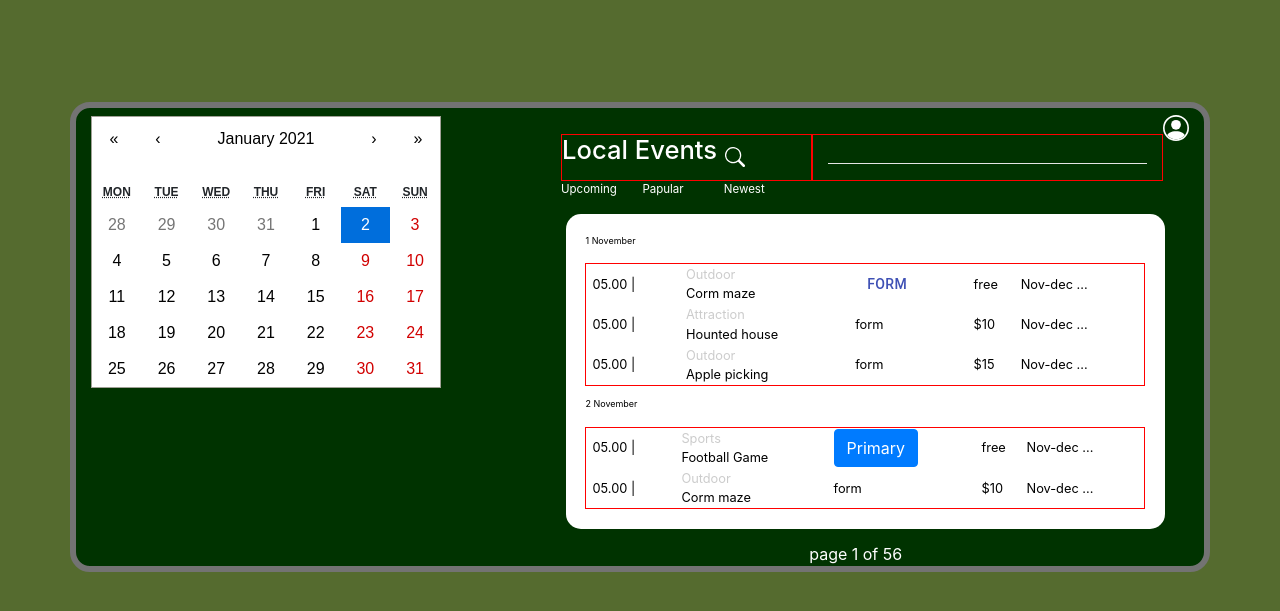
Repository: lalji-yadav/Calendar-code
Page: /
The author's editor kept a copy of each file at every save. The page is drawn from the files as they stood at one save, then again after the next save.
The browser window is 1280 px wide. The pictures show the whole page.
The project was rebuilt for these pictures with package versions that can differ from the ones it lists, and the page was loaded fresh each time. Also part of the build but not shown: src/App.css.

Above is the page before, as saved 2021-01-04 13:41:23.

### src/App.js
import logo from './logo.svg';
import './App.css';
import MyApp from './calendar/calendar'
import Home from "./calendar/Home";

function App() {
  return (
    <div>
      <header>

        <Home />

      </header>
    </div>
  );
}

export default App;

### src/calendar/calendar.js
import React, { useState } from 'react';
import 'react-calendar/dist/Calendar.css';
import Calendar from 'react-calendar';

function MyApp() {
  const [value, onChange] = useState(new Date());

  return (
    <div>
      <Calendar
        onChange={onChange}
        value={value}
      />
    </div>
  );
}

export default MyApp;

### src/calendar/Home.js
import React from 'react';
import "./Home.css";
import MyApp from "./calendar";
import Button from '@material-ui/core/Button';

function Home() {

  return (
    <div className="main">
      <div className='container'>
        <div className="row">
          <div className="col-sm-5 calendar">
             <MyApp />
          </div>
          <div className="col-sm-7">

            <div style={{float:"right", paddingTop:"1%"}}>
            <svg xmlns="http://www.w3.org/2000/svg" width="26" height="26" fill="white" class="bi bi-person-circle" viewBox="0 0 16 16">
            <path d="M13.468 12.37C12.758 11.226 11.195 10 8 10s-4.757 1.225-5.468 2.37A6.987 6.987 0 0 0 8 15a6.987 6.987 0 0 0 5.468-2.63z"/>
             <path fill-rule="evenodd" d="M8 9a3 3 0 1 0 0-6 3 3 0 0 0 0 6z"/>
             <path fill-rule="evenodd" d="M8 1a7 7 0 1 0 0 14A7 7 0 0 0 8 1zM0 8a8 8 0 1 1 16 0A8 8 0 0 1 0 8z"/>
            </svg>
            </div>

            <div className="row" style={{paddingTop:"4%"}}>
               <div className="col-sm-5" style={{border:"1px solid red"}}>
                 <div className="row">
                 <h1 style={{color:"white", fontSize:"2vw"}}>Local Events </h1>
               <svg  style={{margin:"5% 0% 0% 3%"}} xmlns="http://www.w3.org/2000/svg" width="20" height="20" fill="white" class="bi bi-search" viewBox="0 0 16 16">
               <path d="M11.742 10.344a6.5 6.5 0 1 0-1.397 1.398h-.001c.03.04.062.078.098.115l3.85 3.85a1 1 0 0 0 1.415-1.414l-3.85-3.85a1.007 1.007 0 0 0-.115-.1zM12 6.5a5.5 5.5 0 1 1-11 0 5.5 5.5 0 0 1 11 0z"/>
               </svg>
                 </div>
               </div>
               <div className="col-sm-7" style={{border:"1px solid red", paddingTop:"3%"}}>
               <hr style={{marginTop:"10px"}} />

               </div>

            </div>

            <div className="row">
          <div className="col-sm-5 row" style={{color:"white", fontSize:"0.9vw"}}>
            <div className="col-sm-4">
             <p>Upcoming</p>
            </div>
            <div className="col-sm-4">
              <p>Papular</p>
            </div>
            <div className="col-sm-4">
              <p>Newest</p>
            </div>

             {/* Carosal design  */}
          </div>

          <div className="tablebox">

            <p style={{fontSize:"0.7vw"}}> 1 November </p>
                <table  style={{width:"100%", fontSize:"1vw", border:"1px solid red"}}>

                    <tbody>
                      <tr>
                        <td style={{padding:"6px"}}>05.00 |</td>
                        <td><span style={{color:"#cccccc"}}>Outdoor</span> <br/> Corm maze</td>
                        <td><Button color="primary">Form</Button></td>
                        <td>free</td>
                        <td>Nov-dec ...</td>
                      </tr>
                      <tr>
                        <td style={{padding:"6px"}}>05.00 |</td>
                        <td><span style={{color:"#cccccc"}}>Attraction</span> <br/>Hounted house</td>
                        <td>form</td>
                        <td>$10</td>
                        <td>Nov-dec ...</td>
                      </tr>
                      <tr>
                        <td style={{padding:"6px"}}>05.00 |</td>
                        <td><span style={{color:"#cccccc"}}>Outdoor</span> <br /> Apple picking</td>
                        <td>form</td>
                        <td>$15</td>
                        <td>Nov-dec ...</td>
                      </tr>
                    </tbody>
                  </table>

                  <p style={{paddingTop:"2%", fontSize:"0.7vw"}}> 2 November </p>
                  <table  style={{width:"100%", fontSize:"1vw", border:"1px solid red"}}>

                    <tbody>
                      <tr>
                        <td style={{padding:"6px"}}>05.00 |</td>
                        <td> <span style={{color:"#cccccc"}}>Sports</span> <br/> Football Game</td>
                        <td> <button type="button" class="btn btn-primary">Primary</button></td>
                        <td>free</td>
                        <td>Nov-dec ...</td>
                      </tr>
                      <tr>
                        <td style={{padding:"6px"}}>05.00 |</td>
                        <td><span style={{color:"#cccccc"}}>Outdoor</span> <br/> Corm maze</td>
                        <td>form</td>
                        <td>$10</td>
                        <td>Nov-dec ...</td>
                      </tr>

                    </tbody>
                  </table>
             </div>

             <p style={{margin:"2% 0% 0% 40%", color:"white"}}> page 1 of 56 </p>

        </div>

          </div>

        </div>

      </div>

    </div>
  );
}
export default Home;

### src/calendar/Home.css
.main {
    width: 100%;
    height: 100%;
    position: absolute;
    /* padding: 10% 5% 10% 5%; */
    background-color: darkolivegreen;
}
.container {
    width: 80%;
    /* height: 70%; */
    margin: 8% 10% 8% 10%;
    background-color: #003300;
    border: 6px solid #737373;
    border-radius: 20px;
}
.calendar {
    /* border: 2px solid red; */
    margin-top: 8px;
}
hr {
    color: white;
    width: 100%;
    margin-top: 5em;
    background-color: white;
}
.tablebox {
    margin: 0% 0% 0% 3%;
    padding: 3%;
    width: 91%;
    border-radius: 15px;
    color: black;
    background-color: white;
}

Loaded but not shown: public/index.html (common file); src/index.js (common file); src/index.css (common file); src/reportWebVitals.js (common file)

After the next save:
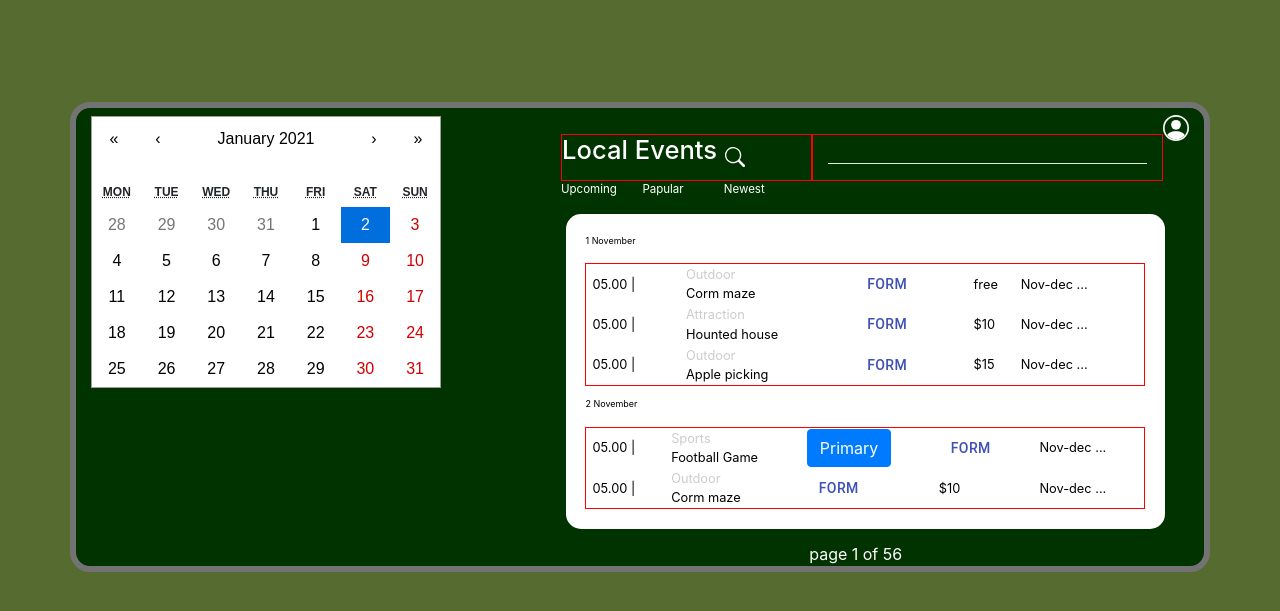
Saved 49 s later.
--- a/src/calendar/Home.js
+++ b/src/calendar/Home.js
@@ -69,14 +69,14 @@ function Home() {
                       <tr>
                         <td style={{padding:"6px"}}>05.00 |</td>
                         <td><span style={{color:"#cccccc"}}>Attraction</span> <br/>Hounted house</td>
-                        <td>form</td>
+                        <td><Button color="primary">Form</Button></td>
                         <td>$10</td>
                         <td>Nov-dec ...</td>
                       </tr>
                       <tr>
                         <td style={{padding:"6px"}}>05.00 |</td>
                         <td><span style={{color:"#cccccc"}}>Outdoor</span> <br /> Apple picking</td>
-                        <td>form</td>
+                        <td><Button color="primary">Form</Button></td>
                         <td>$15</td>
                         <td>Nov-dec ...</td>
                       </tr>
@@ -91,13 +91,13 @@ function Home() {
                         <td style={{padding:"6px"}}>05.00 |</td>
                         <td> <span style={{color:"#cccccc"}}>Sports</span> <br/> Football Game</td>
                         <td> <button type="button" class="btn btn-primary">Primary</button></td>
-                        <td>free</td>
+                        <td><Button color="primary">Form</Button></td>
                         <td>Nov-dec ...</td>
                       </tr>
                       <tr>
                         <td style={{padding:"6px"}}>05.00 |</td>
                         <td><span style={{color:"#cccccc"}}>Outdoor</span> <br/> Corm maze</td>
-                        <td>form</td>
+                        <td><Button color="primary">Form</Button></td>
                         <td>$10</td>
                         <td>Nov-dec ...</td>
                       </tr>
